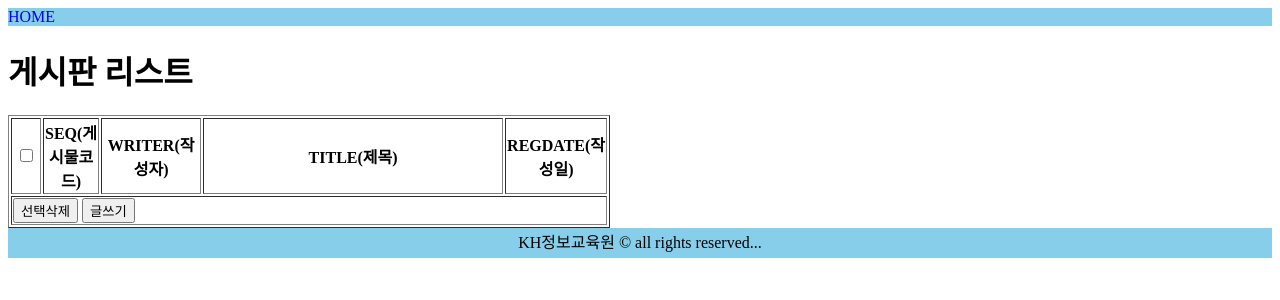
Repository: ChoHyeonJunn/Workspace_WEB
Page: http://localhost/jsp09_mvc/boardlist.jsp
These files come from the project's save history. The page is drawn as it stood at one moment and after the next save; the edit follows.
The browser window is 1280 px wide. The pictures show the whole page.
The page is served by Tomcat 9.

Above is the page before, as saved 2020-01-16 11:17:21.

After the next save:
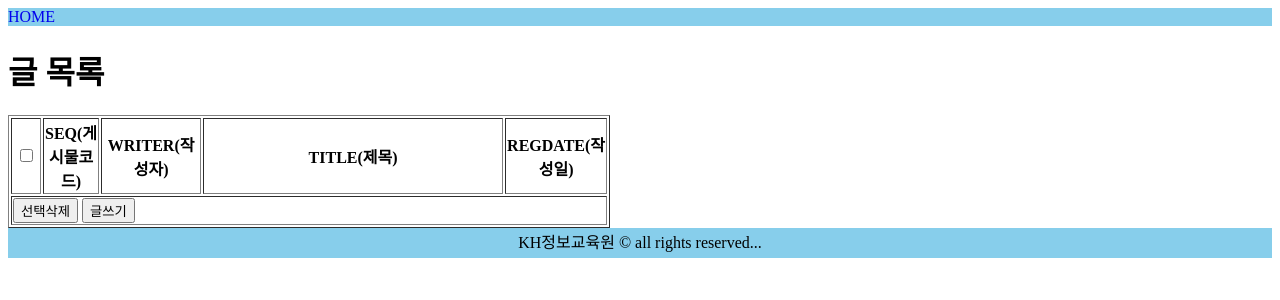
Saved 19 s later.
--- a/jsp09_mvc/WebContent/boardlist.jsp
+++ b/jsp09_mvc/WebContent/boardlist.jsp
@@ -37,7 +37,7 @@
 <body>
 	<%@ include file="./form/header.jsp"%>
 
-	<h1>게시판 리스트</h1>
+	<h1>글 목록</h1>
 
 	<form action="con.do" method="post">
 		<input type="hidden" name="command" value="muldel">
